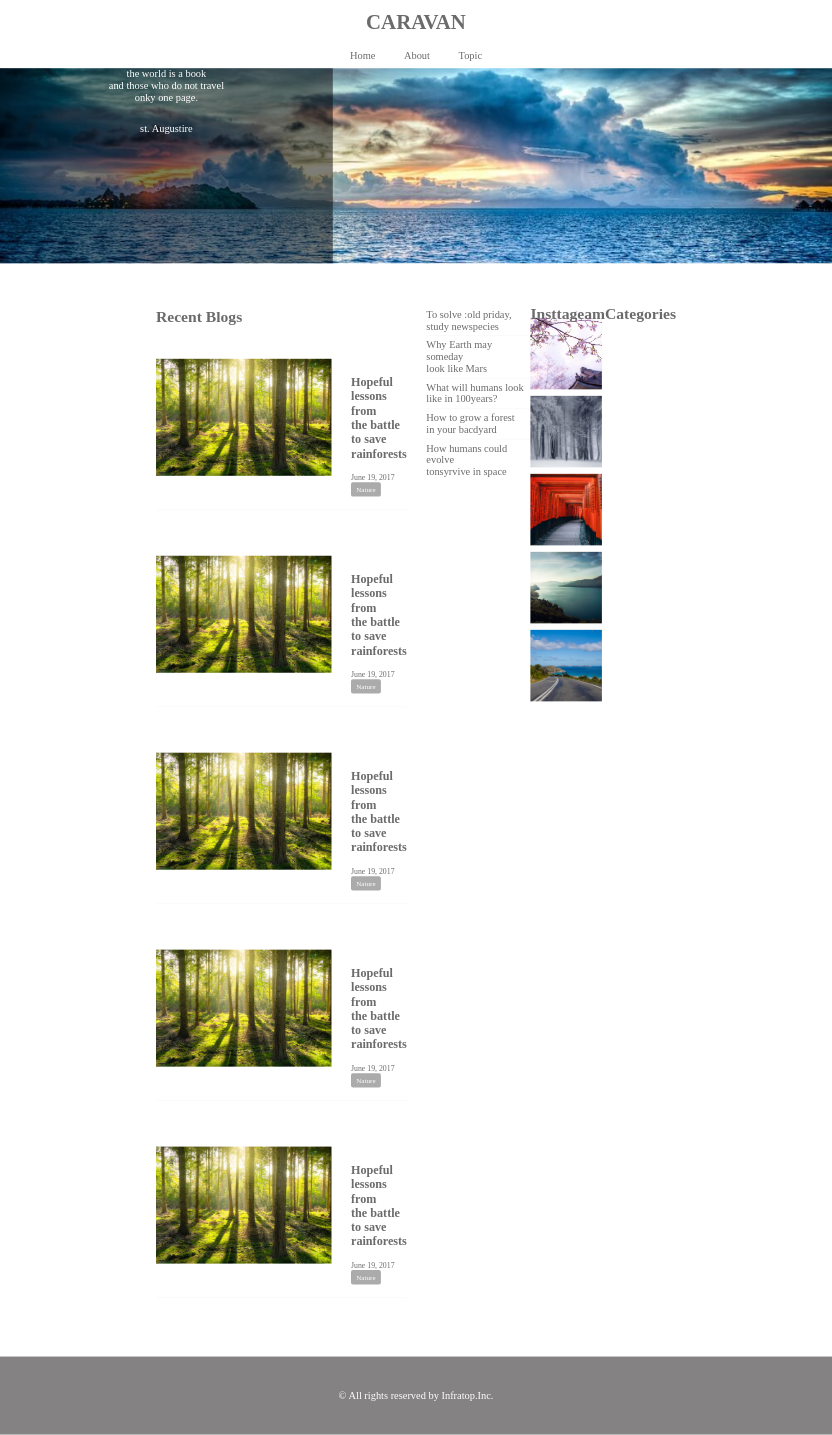
Repository: ishidaryu/ishidaryu
Page: caravan/index.html
The author's editor kept a record of every edit. The page is drawn from the files as they stood at one moment, then again after the next edit.
The browser window is 1280 px wide. The pictures show the whole page, at 65% of full size.

Above is the page before.

### caravan/index.html
<!DOCTYPE html>
<html lang="ja">

  <head>
      <meta charset="utf-8" />
      <link rel="stylesheet" href="style.css" />
      <title>CARAVAN</title>

  </head>

  <body>


    <header>
      <h1 class="heading">
        <a href="index.html">
        CARAVAN
        </a>
        </h1>
    </header>

    <nav>
      <ul class="nav-list">
        <li class="nav-list-item">
          <a href="index.html">Home</a>
        </li>
        <li class="nav-list-item">About</li>
        <li class="nav-list-item">Topic</li>
      </ul>
    </nav>

    <div class="main-visual">
        <div class="main-visual-content">
          <p class="main-visual-text">
            the world is a book<br />
            and those who do not travel<br />
            onky one page.
          </p>
          <p class="main-visual-name">
            st. Augustire
          </p>
        </div>
    </div>

    <main>
      <section class="blog">
        <h2 class="blog-heading">Recent Blogs</h2>
        <div class="blog-box"></div>
        <div class="blog-item">
          <img class="blog-image" src="img/forest.jpg">
          <section class="blog-text">
            <h3 class="blog-text-heading">
              <a href="single.html">
                Hopeful lessons from<br>
                the battle to save<br>
                rainforests
              </a>
            </h3>
            <p class="blog-date">June 19, 2017</p>
            <span class="category">Nature</span>
          </section>
        </div>

         <div class="blog-box"></div>
        <div class="blog-item">
          <img class="blog-image" src="img/forest.jpg">
          <section class="blog-text">
            <h3 class="blog-text-heading">
              <a href="single.html">
                Hopeful lessons from<br>
                the battle to save<br>
                rainforests
              </a>
            </h3>
            <p class="blog-date">June 19, 2017</p>
            <span class="category">Nature</span>
          </section>
        </div>

         <div class="blog-box"></div>
        <div class="blog-item">
          <img class="blog-image" src="img/forest.jpg">
          <section class="blog-text">
            <h3 class="blog-text-heading">
              <a href="single.html">
                Hopeful lessons from<br>
                the battle to save<br>
                rainforests
              </a>
            </h3>
            <p class="blog-date">June 19, 2017</p>
            <span class="category">Nature</span>
          </section>
        </div>

         <div class="blog-box"></div>
        <div class="blog-item">
          <img class="blog-image" src="img/forest.jpg">
          <section class="blog-text">
            <h3 class="blog-text-heading">
              <a href="single.html">
                Hopeful lessons from<br>
                the battle to save<br>
                rainforests
              </a>
            </h3>
            <p class="blog-date">June 19, 2017</p>
            <span class="category">Nature</span>
          </section>
        </div>

         <div class="blog-box"></div>
        <div class="blog-item">
          <img class="blog-image" src="img/forest.jpg">
          <section class="blog-text">
            <h3 class="blog-text-heading">
              <a href="single.html">
                Hopeful lessons from<br>
                the battle to save<br>
                rainforests
              </a>
            </h3>
            <p class="blog-date">June 19, 2017</p>
            <span class="category">Nature</span>
          </section>
        </div>


        </section>
      <div class="sidebar">
        <section="popular">
          <h2 class="popular-heading common-heading"Popular></h2>
          <div class="sidevar-contents"></div>
           <p class="popular-text">To solve :old priday,<br>study newspecies</p>
           <p class="popular-text">Why Earth may someday<br>look like Mars</p>
           <p class="popular-text">What will humans look<br>like in 100years?</p>
           <p class="popular-text">How to grow a forest<br>in your bacdyard</p>
           <p class="popular-text">How humans could evolve<br>tonsyrvive in space</p>
          </div>
        </section>

        <section class=" instagram">
          <h2 class="instagram-heading common-heading">Insttageam</h2>
          <div class="instagram-box"></div>
          <div class="instagram-box"></div>
          <div class="instagram-box"></div>
          <div class="instagram-box"></div>
          <div class="instagram-box"></div>
          <div class="instagram-box"></div>
         </div>
        </section>

        <section class="categories">
          <h2 class="categories-heading common-heading">Categories</h2>
          <div class="sidevar-contents">
            <p class="categories=text"></p>
            <p class="categories=text"></p>
            <p class="categories=text"></p>
            <p class="categories=text"></p>
            <p class="categories=text"></p>
            <p class="categories=text"></p>
            <p class="categories=text"></p>
            <p class="categories=text"></p>

          </div>
        </section>







      </div>
    </main>

    <footer>
      <p class="footer-text">© All rights reserved by Infratop.Inc.</p>
    </footer>

  </body>
</html>

### caravan/style.css
* {
  margin: 0;
  padding: 0;
  box-sizing: border-box;
  color: #6c6b6b;
}

a {
  text-decoration: none;
}

header {
  width: 90%;
  padding: 15px 0;
  margin: 0 auto;
  text-align: center;
}

header .heading {
  font-size: 32px;
}

.nav-list {
  text-align: center;
  padding: 10px 0;
  margin: 0 auto;
}

.nav-list-item {
  list-style: none;
  display: inline-block;
  margin: 0 20px;
}

.main-visual {
  width: 100%;
  height: 300px;
  background-image: url(img/mv.jpg);
  background-size: cover;
  background-position:center;
}

.main-visual-content {
  width: 40%;
  height: 300px;
  background-color: rgba(0, 0, 0, 0.5);
  text-align: center;
}

.main-visual-text {
  color: #fff;
}

.main-visual-name {
  margin-top:30px;
  color:#fff;
}

main {
  width:800px;
  display: flex;
  justify-content: center;
  margin: 0 auto;
  padding: 70px 0;
}

.blog {
 width:540px;
 margin-right: 30px;
}

.blog-heding {
  border-bottom: 8px solid #f7f7f7;
  text-align:center;
  line-height: 0.6;
}

.blog-box {
  padding-top: 50px;
}

.blog-item {
  padding-bottom:20px;
  margin-bottom:20px;
  border-bottom:1px solid #f7f7f7;
  display: flex;
  justify-content: flex-start;
}

.blog-image {
  height:180px;
}

.blog-text {
  padding:25px 0 0 30px;
}

.blog-text-heading {
  padding-bottom: 15px;
}

.blog-date {
  font-size: 12px;
  display: inline-block;
}
.category {
  display: inline-block;
  padding: 5px 8px;
  background-color: #acabab;
  border-radius: 3px;
  color: #fff;
  font-size: 11px;
}

.sidebar {
 width:230px;
}

.common-heading {
  boreder-bottom: 8px solid #f7f7f7;
  text-align: center;
  line-height: 0.6;
}

.sidebar-contents {
  padding: 50px 0;
}

.popular-text,
.categories-text {
  padding-bottom: 5px;
  border-bottom: 1px solid #f7f7f7;
  margin-bottom:5px;
}

.popular-text:last-child,
.categories-text:last-child {
  margin: 0;
  padding: 0;
  border: none;
}

.instagram .sideba-comtents {
display: flex;
flex-wrap:wrap;
}

.instagram-box {
  width: 110px;
  padding-top: 110px;
  background-size: cover;
  background-position: oenter;
  margin-bottom: 10px;
}

.instagram-box: nth-child(odd) {
  margin: 0 10px 10px 0;
}

.instagram-box:nth-child(1) {
  background-image: url(img/airport.jpg);
}
.instagram-box:nth-child(2) {
  background-image: url(img/japan.jpg);
}
.instagram-box:nth-child(3) {
  background-image: url(img/snow.jpg);
}
.instagram-box:nth-child(4) {
  background-image: url(img/japan2.jpg);
}
.instagram-box:nth-child(5) {
  background-image: url(img/lake.jpg);
}
.instagram-box:nth-child(6) {
  background-image: url(img/road.jpg);
}
footer {
  width: 100%;
  height: 120px;
  text-align: center;
  line-height: 120px;
  background-color: #848282;
}

.footer-text {
  color: #fff;
}

After the next edit:
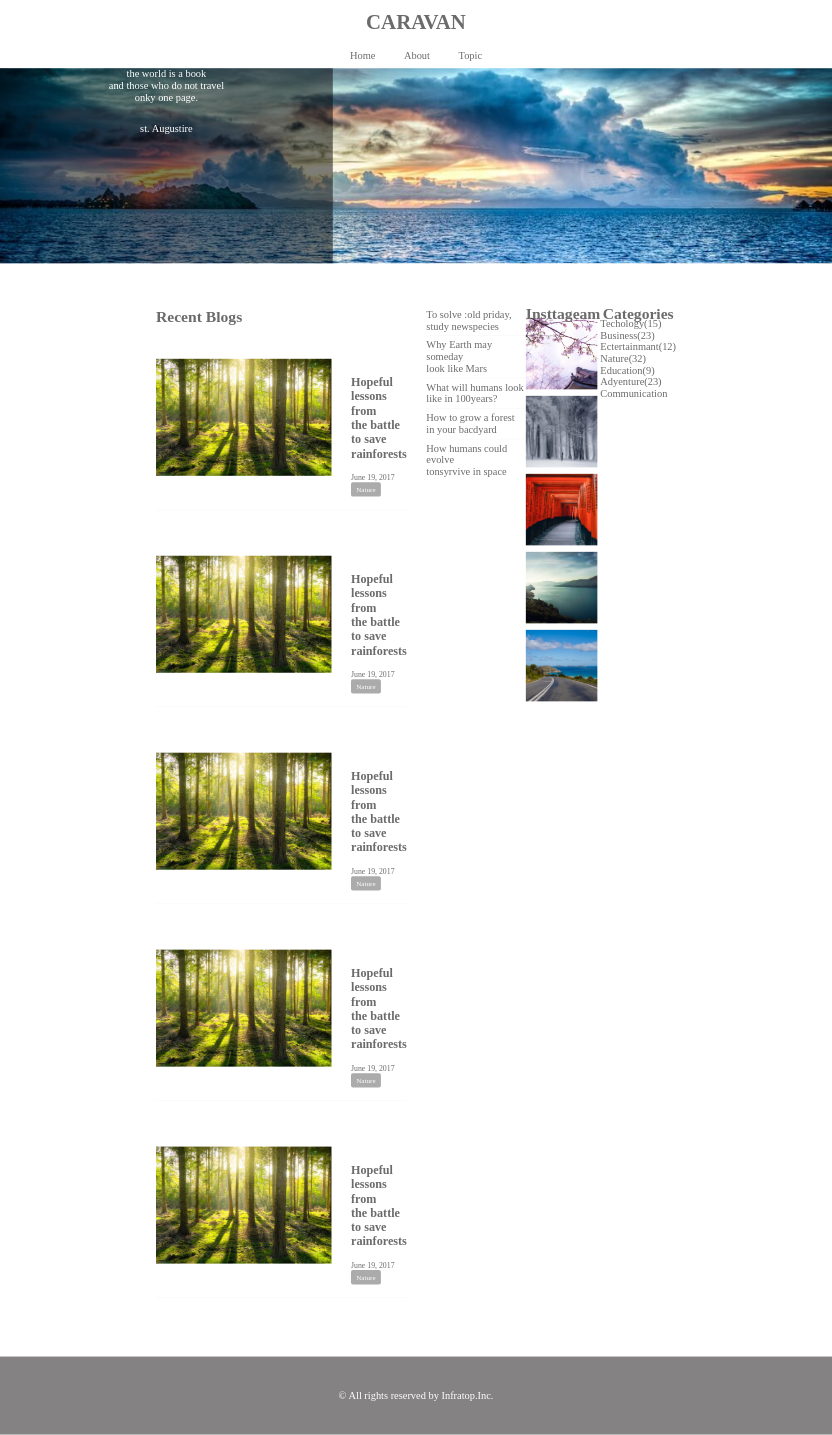
The edit:
--- a/caravan/index.html
+++ b/caravan/index.html
@@ -153,15 +153,13 @@
         <section class="categories">
           <h2 class="categories-heading common-heading">Categories</h2>
           <div class="sidevar-contents">
-            <p class="categories=text"></p>
-            <p class="categories=text"></p>
-            <p class="categories=text"></p>
-            <p class="categories=text"></p>
-            <p class="categories=text"></p>
-            <p class="categories=text"></p>
-            <p class="categories=text"></p>
-            <p class="categories=text"></p>
-
+            <p class="categories=text">Techology(15)</p>
+            <p class="categories=text">Business(23)</p>
+            <p class="categories=text">Ectertainmant(12)</p>
+            <p class="categories=text">Nature(32)</p>
+            <p class="categories=text">Education(9)</p>
+            <p class="categories=text">Adyenture(23)</p>
+            <p class="categories=text">Communication</p>
           </div>
         </section>
 
